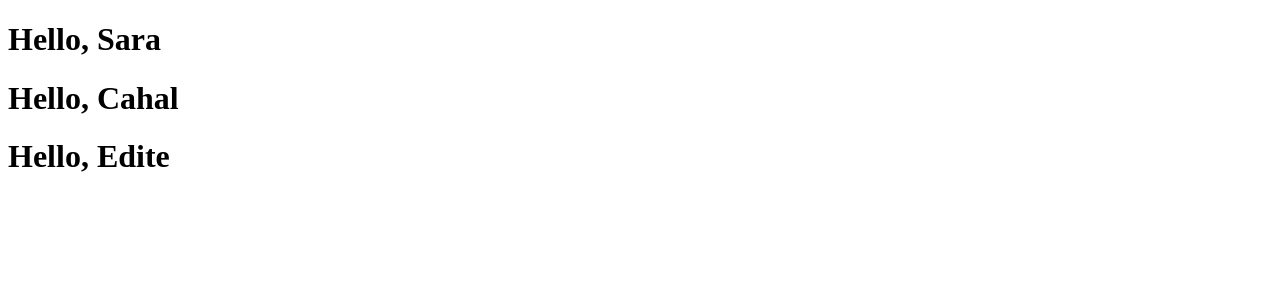
Repository: glgeorgiou/100-days-of-code-projects
Page: Front End Libraries Certification/4.React/react-test.html
An editor plug-in stored every save of this project. The page is shown before and after the next save, followed by the edit.
The browser window is 1280 px wide. The pictures show the whole page.
Pictures or frames that could not be fetched are drawn as grey boxes. Some web libraries are served in a nearby version.

Above is the page before, as saved 2019-06-10 11:28:57.

### Front End Libraries Certification/4.React/react-test.html
<!DOCTYPE html>
<html>
  <head>
    <meta charset="UTF-8" />
    <title>Add React in One Minute</title>
  </head>
  <body>


    <!-- Load React. -->
    <!-- Note: when deploying, replace "development.js" with "production.min.js". -->
    <script src="https://unpkg.com/react@16/umd/react.development.js" crossorigin></script>
    <script src="https://unpkg.com/react-dom@16/umd/react-dom.development.js" crossorigin></script>
    <script src="https://unpkg.com/babel-standalone@6/babel.min.js"></script>

    <div id="root"></div>

    <script type="text/babel">

      function Welcome(props) {
        return <h1>Hello, {props.name}</h1>;
      }

      function App() {
        return (
          <div>
            <Welcome name="Sara" />
            <Welcome name="Cahal" />
            <Welcome name="Edite" />
          </div>
        );
      }

      ReactDOM.render(
        <App />,
        document.getElementById('root')
      );

       // ReactDOM.render(element, document.getElementById('challenge-node'));
    </script>
  </body>
</html>

After the next save:
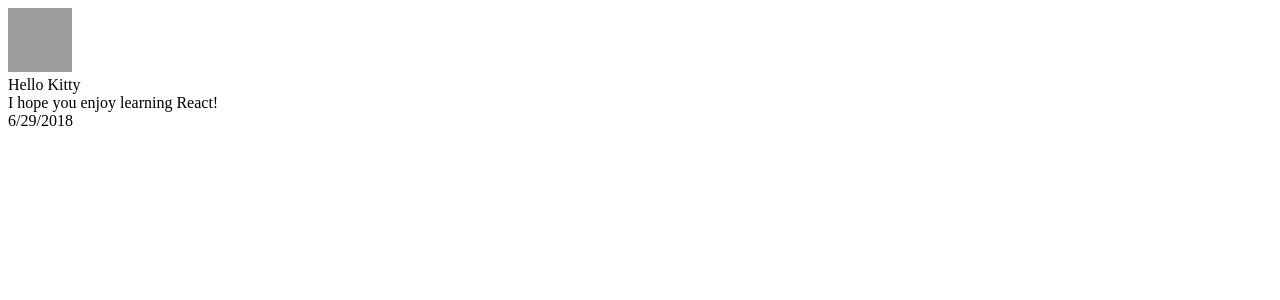
Saved 5 min 51 s later.
--- a/Front End Libraries Certification/4.React/react-test.html
+++ b/Front End Libraries Certification/4.React/react-test.html
@@ -17,24 +17,48 @@
 
     <script type="text/babel">
 
-      function Welcome(props) {
-        return <h1>Hello, {props.name}</h1>;
-      }
+          function formatDate(date) {
+            return date.toLocaleDateString();
+          }
 
-      function App() {
-        return (
-          <div>
-            <Welcome name="Sara" />
-            <Welcome name="Cahal" />
-            <Welcome name="Edite" />
-          </div>
-        );
-      }
+          function Comment(props) {
+            return (
+              <div className="Comment">
+                <div className="UserInfo">
+                  <img
+                    className="Avatar"
+                    src={props.author.avatarUrl}
+                    alt={props.author.name}
+                  />
+                  <div className="UserInfo-name">
+                    {props.author.name}
+                  </div>
+                </div>
+                <div className="Comment-text">{props.text}</div>
+                <div className="Comment-date">
+                  {formatDate(props.date)}
+                </div>
+              </div>
+            );
+          }
 
-      ReactDOM.render(
-        <App />,
-        document.getElementById('root')
-      );
+          const comment = {
+            date: new Date(),
+            text: 'I hope you enjoy learning React!',
+            author: {
+              name: 'Hello Kitty',
+              avatarUrl: 'https://placekitten.com/g/64/64',
+            },
+          };
+          ReactDOM.render(
+            <Comment
+              date={comment.date}
+              text={comment.text}
+              author={comment.author}
+            />,
+            document.getElementById('root')
+          );
+
 
        // ReactDOM.render(element, document.getElementById('challenge-node'));
     </script>
